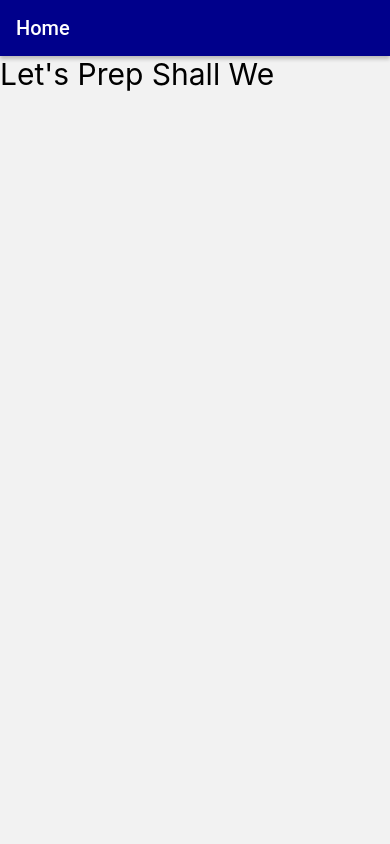
Repository: seyicoded/rn-crazy-algorithm-app
Screen: /
These files come from the project's save history. The screen is drawn as it stood at one moment and after the next save; the edit follows.
The app was drawn by React Native's web renderer in a window 390 px wide. The project was rebuilt for these pictures with package versions that can differ from the ones it lists, and the page was loaded fresh each time. Also part of the build but not shown: src/screens/sort.js, src/screens/filter.js.

Above is the screen before, as saved 2022-03-30 14:38:42.

After the next save:
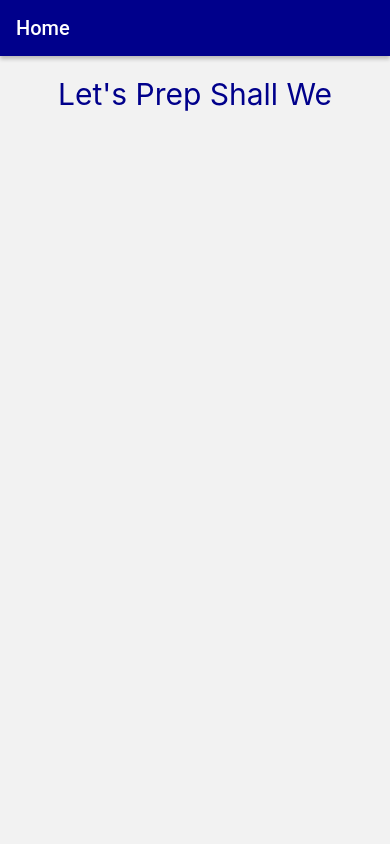
Saved 13 s later.
--- a/src/screens/index.js
+++ b/src/screens/index.js
@@ -19,5 +19,9 @@ const styles = StyleSheet.create({
     },
     header: {
         fontSize: 30,
+        textAlign: 'center',
+        marginTop: 20,
+        marginBottom: 20,
+        color: 'darkblue'
     }
   });
